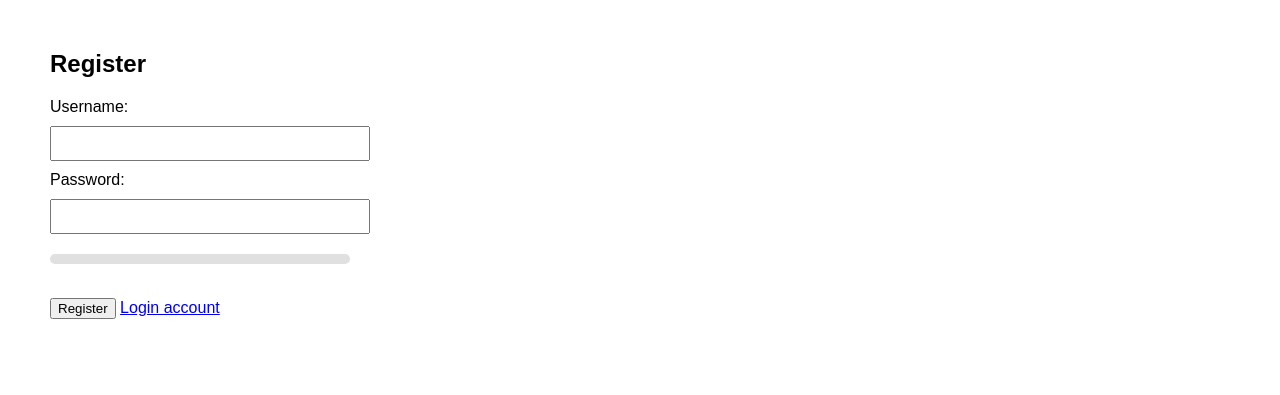
Repository: wolvicjohn/argon2
Page: http://localhost/register.php
The author's editor kept a copy of each file at every save. The page is drawn from the files as they stood at one save, then again after the next save.
The browser window is 1280 px wide. The pictures show the whole page.
The page is run by PHP 8.4 with error messages shown; the project is at /var/www/html/.

Above is the page before, as saved 2024-10-18 00:55:50.

After the next save:
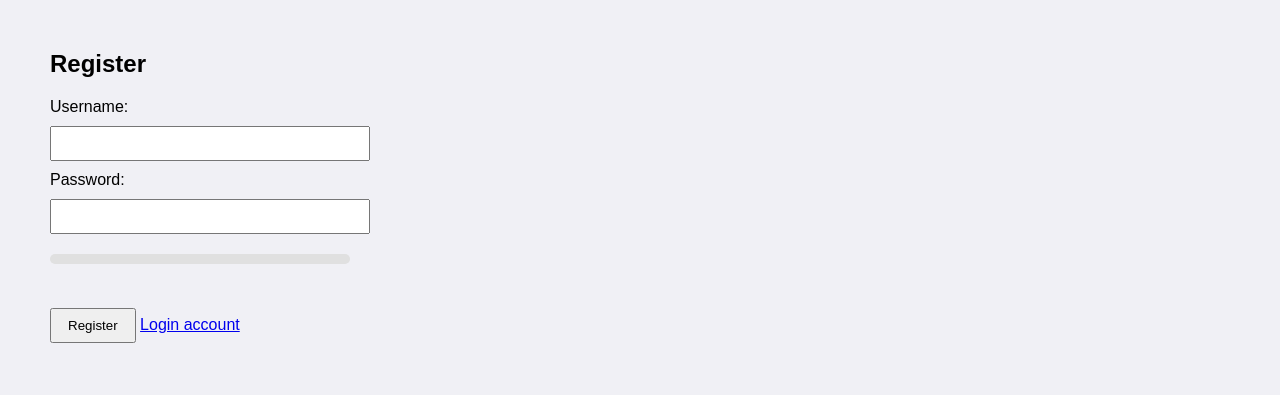
Saved 2 min 13 s later.
--- a/register.php
+++ b/register.php
@@ -1,3 +1,44 @@
+<?php
+// Database connection
+$host = 'localhost';
+$db = 'argon2_auth';
+$user = 'root';  // or your DB username
+$pass = '';      // or your DB password
+
+$dsn = "mysql:host=$host;dbname=$db;charset=utf8mb4";
+$options = [
+    PDO::ATTR_ERRMODE => PDO::ERRMODE_EXCEPTION,
+    PDO::ATTR_DEFAULT_FETCH_MODE => PDO::FETCH_ASSOC,
+];
+
+try {
+    $pdo = new PDO($dsn, $user, $pass, $options);
+} catch (PDOException $e) {
+    die("Database connection failed: " . $e->getMessage());
+}
+
+if ($_SERVER['REQUEST_METHOD'] === 'POST') {
+    $username = $_POST['username'];
+    $password = $_POST['password'];
+
+    // Check if the username is already taken
+    $stmt = $pdo->prepare('SELECT id FROM users WHERE username = ?');
+    $stmt->execute([$username]);
+    if ($stmt->fetch()) {
+        die('Username is already taken');
+    }
+
+    // Hash the password using Argon2
+    $passwordHash = password_hash($password, PASSWORD_ARGON2ID);
+
+    // Insert the new user into the database
+    $stmt = $pdo->prepare('INSERT INTO users (username, password_hash) VALUES (?, ?)');
+    $stmt->execute([$username, $passwordHash]);
+
+    echo "User registered successfully!";
+}
+?>
+
 <!DOCTYPE html>
 <html lang="en">
 
@@ -5,15 +46,23 @@
     <meta charset="UTF-8">
     <title>Register</title>
     <style>
+        /* Basic styling */
         body {
             font-family: Arial, sans-serif;
             margin: 50px;
+            background-color: #f0f0f5;
         }
 
         input {
             margin: 10px 0;
             padding: 8px;
             width: 300px;
+        }
+
+        button {
+            padding: 8px 16px;
+            margin-top: 10px;
+            cursor: pointer;
         }
 
         .password-strength {
@@ -36,15 +85,11 @@
         }
 
         .strength-medium {
-            background-color: yellow;
+            background-color: orange;
         }
 
         .strength-strong {
             background-color: green;
-        }
-
-        #strength-text {
-            margin-top: 5px;
         }
     </style>
 </head>
@@ -58,6 +103,7 @@
         <label for="password">Password:</label><br>
         <input type="password" name="password" id="password" required><br>
 
+        <!-- Password Strength Meter -->
         <div class="password-strength">
             <div class="strength-bar" id="strength-bar"></div>
         </div>
@@ -73,6 +119,7 @@
         const strengthText = document.getElementById('strength-text');
 
         passwordInput.addEventListener('input', () => {
+            console.log(passwordInput.value); // Debugging: Check input capture
             const strength = calculateStrength(passwordInput.value);
             updateStrengthMeter(strength);
         });
@@ -80,6 +127,7 @@
         function calculateStrength(password) {
             let strength = 0;
 
+            // Criteria for password strength
             if (password.length >= 8) strength++;
             if (/[A-Z]/.test(password)) strength++;
             if (/[a-z]/.test(password)) strength++;

After the save that followed:
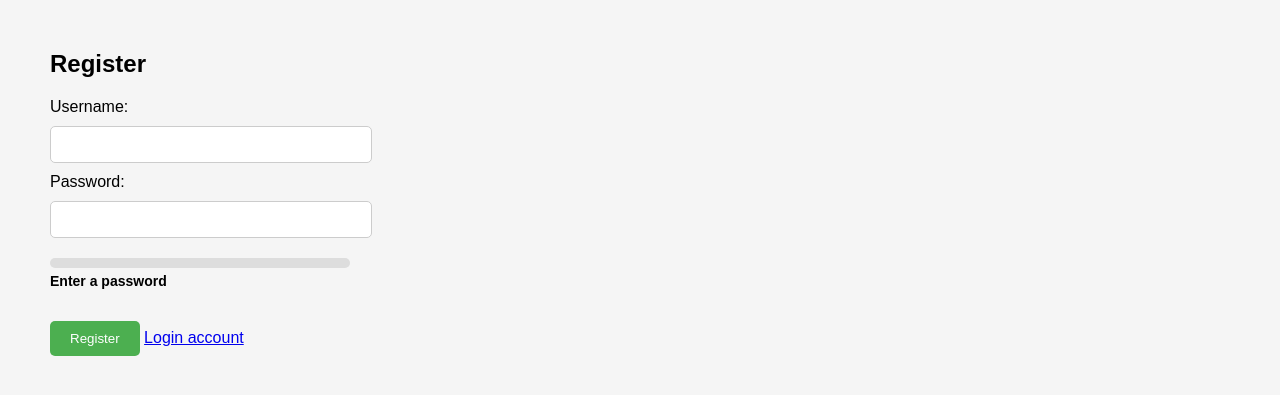
Saved 4 min 44 s later.
--- a/register.php
+++ b/register.php
@@ -2,8 +2,8 @@
 // Database connection
 $host = 'localhost';
 $db = 'argon2_auth';
-$user = 'root';  // or your DB username
-$pass = '';      // or your DB password
+$user = 'root'; // Your database username
+$pass = '';     // Your database password
 
 $dsn = "mysql:host=$host;dbname=$db;charset=utf8mb4";
 $options = [
@@ -21,17 +21,17 @@
     $username = $_POST['username'];
     $password = $_POST['password'];
 
-    // Check if the username is already taken
+    // Check if username exists
     $stmt = $pdo->prepare('SELECT id FROM users WHERE username = ?');
     $stmt->execute([$username]);
     if ($stmt->fetch()) {
-        die('Username is already taken');
+        die('Username already taken');
     }
 
-    // Hash the password using Argon2
+    // Hash password with Argon2
     $passwordHash = password_hash($password, PASSWORD_ARGON2ID);
 
-    // Insert the new user into the database
+    // Insert user into database
     $stmt = $pdo->prepare('INSERT INTO users (username, password_hash) VALUES (?, ?)');
     $stmt->execute([$username, $passwordHash]);
 
@@ -46,30 +46,34 @@
     <meta charset="UTF-8">
     <title>Register</title>
     <style>
-        /* Basic styling */
         body {
             font-family: Arial, sans-serif;
             margin: 50px;
-            background-color: #f0f0f5;
+            background-color: #f5f5f5;
         }
 
         input {
             margin: 10px 0;
-            padding: 8px;
+            padding: 10px;
             width: 300px;
+            border: 1px solid #ccc;
+            border-radius: 5px;
         }
 
         button {
-            padding: 8px 16px;
-            margin-top: 10px;
+            padding: 10px 20px;
             cursor: pointer;
+            background-color: #4CAF50;
+            color: white;
+            border: none;
+            border-radius: 5px;
         }
 
         .password-strength {
             margin-top: 10px;
             height: 10px;
             width: 300px;
-            background-color: #e0e0e0;
+            background-color: #ddd;
             border-radius: 5px;
             overflow: hidden;
         }
@@ -91,6 +95,12 @@
         .strength-strong {
             background-color: green;
         }
+
+        .message {
+            margin-top: 5px;
+            font-size: 14px;
+            font-weight: bold;
+        }
     </style>
 </head>
 
@@ -103,14 +113,13 @@
         <label for="password">Password:</label><br>
         <input type="password" name="password" id="password" required><br>
 
-        <!-- Password Strength Meter -->
         <div class="password-strength">
             <div class="strength-bar" id="strength-bar"></div>
         </div>
-        <p id="strength-text"></p><br>
+        <p class="message" id="strength-text">Enter a password</p><br>
 
         <button type="submit">Register</button>
-        <a href="login.php" class="button">Login account</a>
+        <a href="login.php">Login account</a>
     </form>
 
     <script>
@@ -119,15 +128,18 @@
         const strengthText = document.getElementById('strength-text');
 
         passwordInput.addEventListener('input', () => {
-            console.log(passwordInput.value); // Debugging: Check input capture
-            const strength = calculateStrength(passwordInput.value);
+            const password = passwordInput.value;
+            console.log(`Password entered: ${password}`); // Debugging
+
+            const strength = calculateStrength(password);
+            console.log(`Password strength: ${strength}`); // Debugging
+
             updateStrengthMeter(strength);
         });
 
         function calculateStrength(password) {
             let strength = 0;
 
-            // Criteria for password strength
             if (password.length >= 8) strength++;
             if (/[A-Z]/.test(password)) strength++;
             if (/[a-z]/.test(password)) strength++;
@@ -138,20 +150,24 @@
         }
 
         function updateStrengthMeter(strength) {
-            strengthBar.className = '';  // Reset bar style
+            strengthBar.className = '';  // Reset class
+            strengthText.className = 'message'; // Reset message styling
 
             if (strength <= 1) {
                 strengthBar.style.width = '20%';
                 strengthBar.classList.add('strength-weak');
                 strengthText.textContent = 'Weak';
+                strengthText.style.color = 'red';
             } else if (strength <= 3) {
                 strengthBar.style.width = '60%';
                 strengthBar.classList.add('strength-medium');
                 strengthText.textContent = 'Medium';
+                strengthText.style.color = 'orange';
             } else {
                 strengthBar.style.width = '100%';
                 strengthBar.classList.add('strength-strong');
                 strengthText.textContent = 'Strong';
+                strengthText.style.color = 'green';
             }
         }
     </script>
